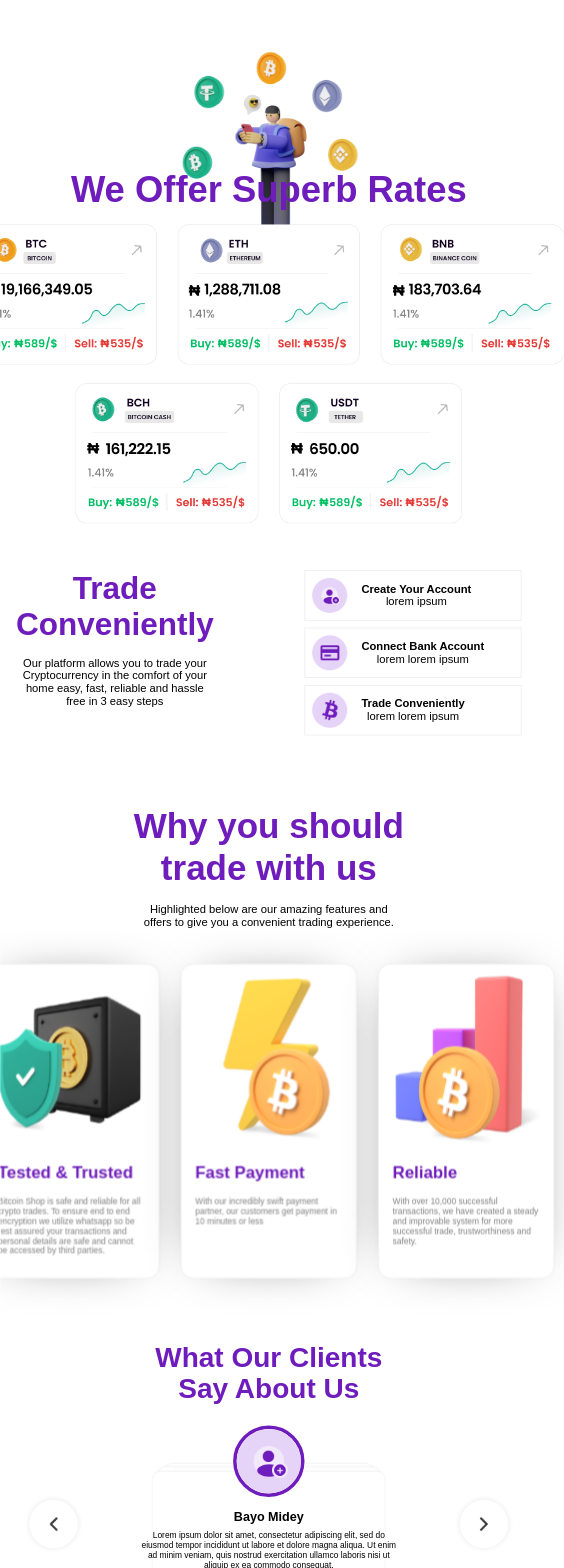
Repository: akinmiday/bitcoinshop-website
Page: /
These files come from the project's save history. The page is drawn as it stood at one moment and after the next save; the edit follows.
The browser window is 768 px wide. The page is 805 px wide, so the pictures cover 805 px, including what lies to the right of the window. The pictures show the part of the page from y = 372 to 2612 px (the page is 3184 px tall before and 3234 px after), at 70% of full size.
The project was rebuilt for these pictures with package versions that can differ from the ones it lists, and the page was loaded fresh each time. Also part of the build but not shown: vite.config.js.

Above is the page before, as saved 2023-07-12 06:18:06.

After the next save:
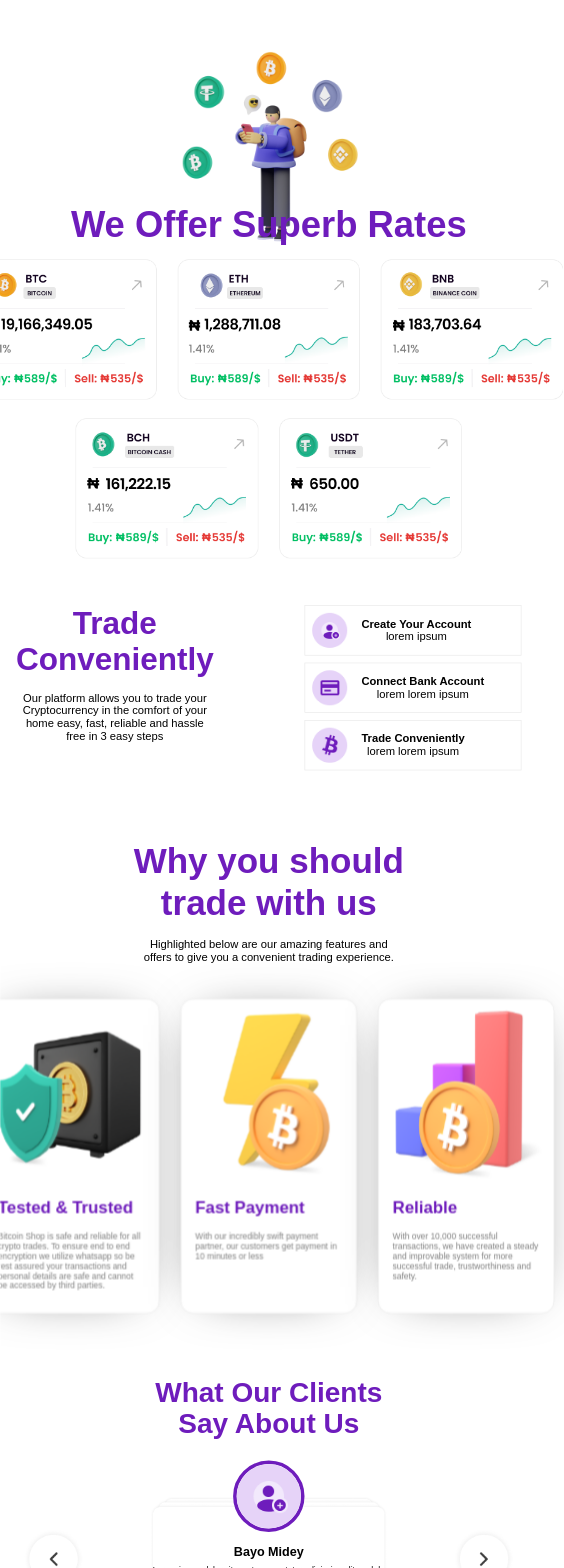
Saved 10 s later.
--- a/src/index.css
+++ b/src/index.css
@@ -435,8 +435,8 @@
 }
 
 .rates-section{
-  margin-top: 100px;
-}
-
-
-}
+  margin-top: 150px;
+}
+
+
+}
